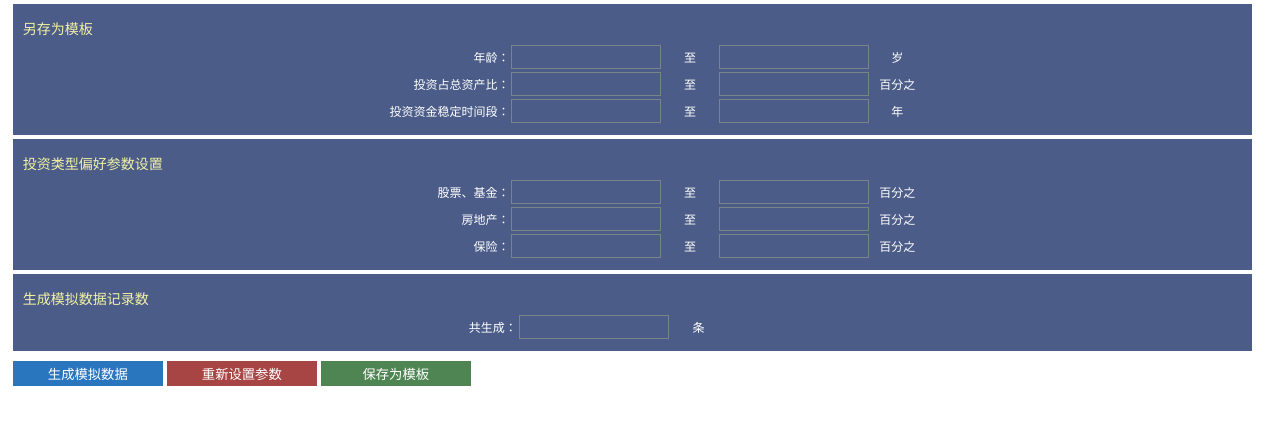
Repository: trieyouth/BigData
Page: http://localhost/BigData/WEB-INF/views/invesr-client-perference-analyse-system/data-collect/saveAsTemplate.jsp
An editor plug-in stored every save of this project. The page is shown before and after the next save, followed by the edit.
The browser window is 1280 px wide. The pictures show the whole page.
The page is served by Tomcat 9. Nobody is signed in. Other server files are loaded and not shown. The template is opened directly, without the code that normally fills it, so the values that code supplies are empty.

Above is the page before, as saved 2016-03-13 03:26:18.

### BigData/WebRoot/WEB-INF/views/invesr-client-perference-analyse-system/data-collect/saveAsTemplate.jsp
<%@ page language="java" import="java.util.*" contentType="text/html; charset=utf-8" pageEncoding="UTF-8"%>
<%
String path = request.getContextPath();
String basePath = request.getScheme()+"://"+request.getServerName()+":"+request.getServerPort()+path+"/";
%>

<!DOCTYPE HTML PUBLIC "-//W3C//DTD HTML 4.01 Transitional//EN">
<html>
  <head>
    <base href="<%=basePath%>">
    <meta charset="utf-8">
<title>生成模拟数据</title>

	<meta http-equiv="pragma" content="no-cache">
	<meta http-equiv="cache-control" content="no-cache">
	<meta http-equiv="expires" content="0">
	<meta http-equiv="keywords" content="keyword1,keyword2,keyword3">
	<meta http-equiv="description" content="This is my page">
	<!--
	<link rel="stylesheet" type="text/css" href="styles.css">
	-->
<link href="WebView/css/mycss.css" rel="stylesheet" type="text/css"  >
<style>
#lightcolor {
	width: 96%;
	padding-top: 10px;
	padding-bottom: 10px;
	padding-left: 10px;
	margin-left: 1%;
	background-color: #4B5C88;
	border: 0;
}
</style>

  </head>

  <body>
<div style="height:4px; width:100%;"></div>
<form  method="get"  name="simulationDataService" action="EvaluateClientRiskPreferenceDataCollectServlet">

  <!--基本参数设置区域-->

  <div id="lightcolor">
    <div style="height:4px; width:100%;"></div>
    <label  id="labelhead">另存为模板</label>
    <div style="height:4px; width:100%;"></div>
    <table frame="void" width = "47%" height="25" >
      <tr>
        <td width="30%"  height="25"  style="text-align:right" ><label id="labelbody" > 年龄： </label></td>
        <td width="25%"  height="25"  ><label id="labelbody" >
            <input  type="text" id="inputwidth" name="minAge" >
          </label></td>
        <!--那么属性为参数名-->
        <td width="10%"  height="25"  style="text-align:center"  ><label id="labelbody" > 至 </label></td>
        <td width="25%"  height="25"  ><label id="labelbody" >
            <input  type="text" id="inputwidth" name="maxAge" >
          </label></td>
        <td width="10%"  height="25"  style="text-align:center"  ><label id="labelbody" >岁 </label></td>
      </tr>
      <tr>
        <td width="30%"  height="25"  style="text-align:right" ><label id="labelbody" > 投资占总资产比： </label></td>
        <td width="25%"  height="25"  ><label id="labelbody" >
            <input  type="text" id="inputwidth" name="minInvestAssetRate" >
          </label></td>
        <td width="10%"  height="25"  style="text-align:center"  ><label id="labelbody" > 至 </label></td>
        <td width="25%"  height="25"  ><label id="labelbody" >
            <input  type="text" id="inputwidth" name="maxInvestAssetRate" >
          </label></td>
        <td width="10%"  height="25"  style="text-align:center"  ><label id="labelbody" >百分之 </label></td>
      </tr>
      <tr>
        <td width="30%"  height="25"  style="text-align:right" ><label id="labelbody" > 投资资金稳定时间段： </label></td>
        <td width="25%"  height="25"  ><label id="labelbody" >
            <input  type="text" id="inputwidth" name="minInvestStabilizePeriod" >
          </label></td>
        <td width="10%"  height="25"  style="text-align:center"  ><label id="labelbody" > 至 </label></td>
        <td width="25%"  height="25"  ><label id="labelbody" >
            <input  type="text" id="inputwidth" name="maxInvestStabilizePeriod" >
          </label></td>
        <td width="10%"  height="25"  style="text-align:center"  ><label id="labelbody" >年 </label></td>
      </tr>
    </table>
  </div>

  <!--开始下一个参数组-->
  <div style="height:4px; width:100%;"></div>
  <div id="lightcolor">
    <div style="height:4px; width:100%;"></div>
    <label  id="labelhead">投资类型偏好参数设置</label>
    <div style="height:4px; width:100%;"></div>
    <table frame="void" width = "47%" height="25" >
      <tr>
        <td width="30%"  height="25"  style="text-align:right" ><label id="labelbody" > 股票、基金： </label></td>
        <td width="25%"  height="25"  ><label id="labelbody" >
            <input  type="text" id="inputwidth" name="minStockFundNum" >
          </label></td>
        <td width="10%"  height="25"  style="text-align:center"  ><label id="labelbody" > 至 </label></td>
        <td width="25%"  height="25"  ><label id="labelbody" >
            <input  type="text" id="inputwidth" name="maxStockFundNum" >
          </label></td>
        <td width="10%"  height="25"  style="text-align:center"  ><label id="labelbody" >百分之 </label></td>
      </tr>
      <tr>
        <td width="30%"  height="25"  style="text-align:right" ><label id="labelbody" > 房地产： </label></td>
        <td width="25%"  height="25"  ><label id="labelbody" >
            <input  type="text" id="inputwidth" name="minEstateNum" >
          </label></td>
        <td width="10%"  height="25"  style="text-align:center"  ><label id="labelbody" > 至 </label></td>
        <td width="25%"  height="25"  ><label id="labelbody" >
            <input  type="text" id="inputwidth" name="maxEstateNum" >
          </label></td>
        <td width="10%"  height="25"  style="text-align:center"  ><label id="labelbody" >百分之 </label></td>
      </tr>
      <tr>
        <td width="30%"  height="25"  style="text-align:right" ><label id="labelbody" > 保险： </label></td>
        <td width="25%"  height="25"  ><label id="labelbody" >
            <input  type="text" id="inputwidth" name="minInsuranceNum" >
          </label></td>
        <td width="10%"  height="25"  style="text-align:center"  ><label id="labelbody" > 至 </label></td>
        <td width="25%"  height="25"  ><label id="labelbody" >
            <input  type="text" id="inputwidth" name="maxInsuranceNum" >
          </label></td>
        <td width="10%"  height="25"  style="text-align:center"  ><label id="labelbody" >百分之 </label></td>
      </tr>
    </table>
  </div>

  <!--开始下一个参数组-->
  <div style="height:4px; width:100%;"></div>
  <div id="lightcolor">
    <div style="height:4px; width:100%;"></div>
    <label  id="labelhead">生成模拟数据记录数</label>
    <div style="height:4px; width:100%;"></div>
    <table frame="void" width = "47%" height="25" >
      <tr>
        <td width="30%"  height="25"  style="text-align:right" ><label id="labelbody" > 共生成： </label></td>
        <td width="25%"  height="25"  ><label id="labelbody" >
            <input  type="text" id="inputwidth" name="generateNums" >
          </label></td>
        <td width="10%"  height="25"  style="text-align:center"  ><label id="labelbody" > 条 </label></td>
        <td width="25%"  height="25"  ></label></td>
        <td width="10%"  height="25"  style="text-align:center"  ></td>
      </tr>
    </table>
  </div>
  <div style="height:10px; width:100%;"></div>
  <!--选择按钮功能-->

  <div id="buttoncon">
    <button name="btnGenerate" type="submit" style="width:150px ;height:25px;background:#2976BE;border:0;color:#FFF;font-family: Microsoft YaHei;">生成模拟数据</button>
    <!--点击此按钮后台获得参数-->
    <button  type="reset" style="width:150px ;height:25px;background:#A74544;border:0;color:#FFF;font-family: Microsoft YaHei;">重新设置参数</button>
    <button name="btnSave"  type="submit" style="width:150px ;height:25px;background:#4F8553;border:0;color:#FFF;font-family: Microsoft YaHei;">保存为模板</button>
  </div>
</form>
  </body>
</html>

### BigData/WebRoot/WEB-INF/resources/css/mycss.css
@charset "utf-8";
/* CSS Document */
*{
	padding:0px;
	margin:0px auto;
	border:0px;
}
#continaer{
	margin: 0px auto;
	width:80%;
	height:750px;
	//min-height:700px;
	background-color:rgb(18,24,48);
	padding:5px;
	border:0;
	}
#header{
	height:20%;
	width:100%;
	margin:0 auto;
	padding:0;
	border:0;
	background-color:rgb(76,93,137);}
    hr{ margin-top:0;
	margin-bottom:0;}

#bod{
	height:80%;
	width:100%;
	margin-top:0%;
	padding:0;
	background-color:rgb(76,93,137);
	}
#leftbody{
	margin:0;
	padding:0;
	border:0;
	width:20%;
	height:100%;
	background-color:rgb(18,24,48);
	float:left;
	}
#rightbody{
	margin:0;
	padding:0;
	border:0;
	width:80%;
	height:100%;
	background-color:rgb(49,69,120);
	float:left;}
#navhead{
	width:100%;
	height:50px;
	border:0;
	margin:0;
	padding:0;
	background:rgb(49,69,120);}

#hrc{
	margin-top:0;}
.nav ul {
	width:100%;
	height: 50px;
	padding: 0;
	margin-top:0;
}
.nav ul li {
	float: left;
	list-style: none;
}
.nav ul li a {
	width: 145px;
	height: 41px;
	line-height: 41px;
	background: rgb(49,69,120);
	color: #000;
	font-size: 14px;
	display: block;
	text-align: center;
	text-decoration: none;
	font-size: 16px;
	font-family:Microsoft YaHei;
	color:#FFF;
}
.nav ul li a:hover {
	width: 145px;
	height: 41px;
	line-height: 41px;
	border: 1px solid rgb(49,69,120);
	color: #000;
}

.meau ul {
	width: 100%;
	padding: 0;
	margin-top: 0;
}
.meau ul li {
	list-style: none;
}
.meau ul li a {
	width: 100%;
	height: 41px;
	line-height: 41px;
	background: rgb(28,40,82);
	color: #000;
	font-size: 14px;
	display: block;
	text-align: center;
	text-decoration: none;
	font-size: 16px;
	font-family: Microsoft YaHei;
	color: #FFF;
}
.meau ul li a:hover {
	width: 100%;
	height: 41px;
	line-height: 41px;
	border: 1px solid rgb(49,69,120);
	color: #FFF;
	background-color: rgb(18,24,48);
}
#lightcolor {
	width: 97%;
	margin-left:1%;
	background-color: #4B5C88;
	padding-top: 10px;
	padding-bottom: 10px;
	padding-left: 10px;
	border: 0;
}

#lighttable {
	width: 96%;

	padding-left:10px;
	margin-left:1%;
	background-color: #4B5C88;
	border:0;
}


#buttoncon{
	width: 97%;
	margin-left:1%;
	padding:0;
	border:0;
}
#labelhead {
	color: #F1F1A4;
	font-size: 14px;
	font-family: Microsoft YaHei;
}
#labelbody {
	color: #FFF;
	font-size: 12px;
	font-family: Microsoft YaHei;
}
/* the style of * */
#labelbody1 {

	font-size: 24px;
	color:red;
}
/*the style of input【text】 */
#inputwidth {
	width: 150px;
	height: 24px;
	background: Transparent;
	border: 1px solid #788587;
}
.cell{
	border-right:#7785A8 solid 1px;
	}

/* the style of Button */
#button1style{
	width:150px ;
	height:25px;
	background:#2976BE;
	border:0;
	color:#FFF;
	font-family: Microsoft YaHei;
}
/* the style of Button */
#button2style{
    width: 150px;
	height: 25px;
	background: #A74544;
	border: 0;
	color: #FFF;
	font-family: Microsoft YaHei;
}
/* the style of Button */
#button3style{
    width:150px ;
    height:25px;
    background:#4F8553;
    border:0;
    color:#FFF;
    font-family: Microsoft YaHei;
}
.submitfile{
	width:150px;
	height:25px;
	background-color:#4F8553;
	color:#FFF;
	margin-left:3px;}
.choicefile{
	width:150px;
	height:25px;
	background-color:#2976BE;
	color:#FFF;
	margin-right:3px;
	}
.filepath{
	width:310px;
	border:1px solid #OFC;
	height:25px;
	line-height:25px;
	overflow:hidden;
	color:#000;}

After the next save:
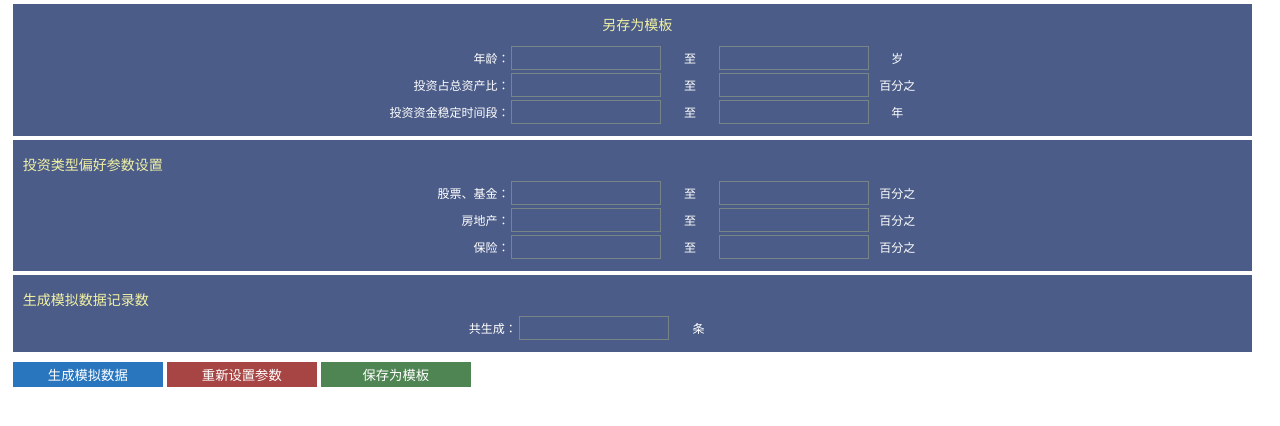
Saved 3 min 4 s later.
--- a/BigData/WebRoot/WEB-INF/views/invesr-client-perference-analyse-system/data-collect/saveAsTemplate.jsp
+++ b/BigData/WebRoot/WEB-INF/views/invesr-client-perference-analyse-system/data-collect/saveAsTemplate.jsp
@@ -41,8 +41,8 @@ String basePath = request.getScheme()+"://"+request.getServerName()+":"+request.
   <!--基本参数设置区域-->
 
   <div id="lightcolor">
-    <div style="height:4px; width:100%;"></div>
-    <label  id="labelhead">另存为模板</label>
+    <div style="height:25px; width:60%; text-align:center;"> <label id="labelhead"><a>另存为模板</a></label></div>
+
     <div style="height:4px; width:100%;"></div>
     <table frame="void" width = "47%" height="25" >
       <tr>
